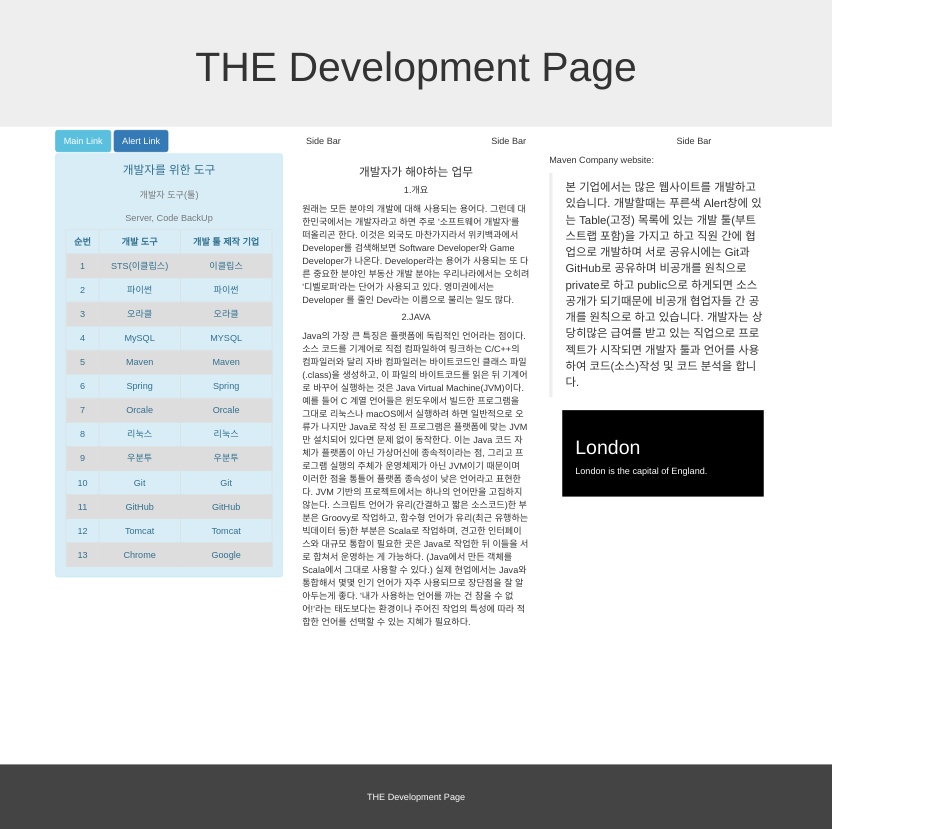
Repository: as2019a/spring
Page: http://localhost/ch19_project_mavenwebsite/WEB-INF/views/development.jsp
These files come from the project's save history. The page is drawn as it stood at one moment and after the next save; the edit follows.
The browser window is 1280 px wide. The page is 1280 px wide, then 1445 px, so the pictures cover 1445 px, including what lies to the right of the window. The pictures show the whole page, at 65% of full size.
Some web libraries are served in a nearby version. The page is served by Tomcat 9. Nobody is signed in. The template is opened directly, without the code that normally fills it, so the values that code supplies are empty.

Above is the page before, as saved 2019-01-30 08:32:51.

After the next save:
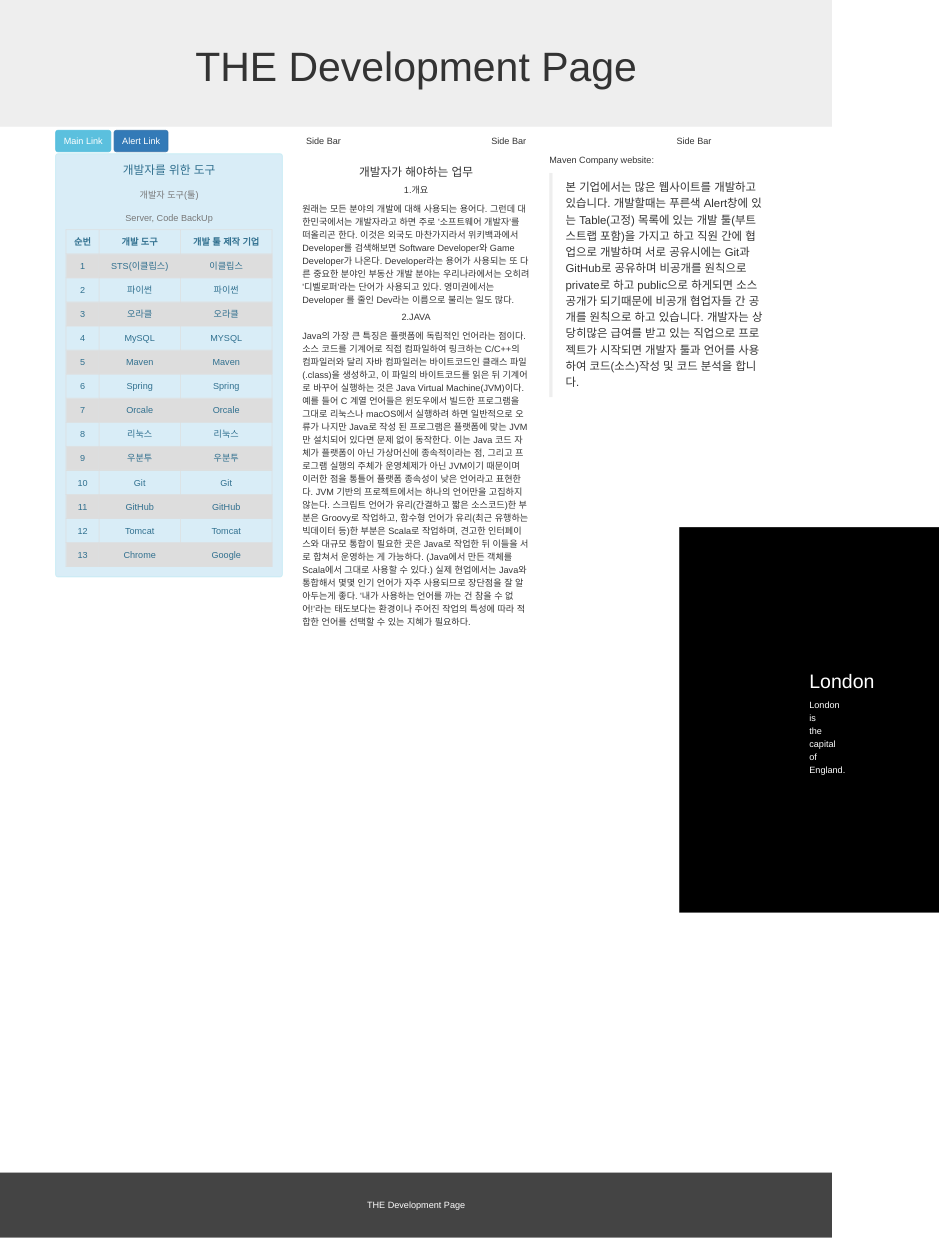
Saved 8 s later.
--- a/ch19_project_mavenwebsite/src/main/webapp/WEB-INF/views/development.jsp
+++ b/ch19_project_mavenwebsite/src/main/webapp/WEB-INF/views/development.jsp
@@ -51,8 +51,8 @@
 	.cmd {
 	  background-color: black;
 	  color: white;
-	  margin: 20px;
-	  padding: 20px;
+	  margin: 200px;
+	  padding: 200px;
 	}
 
 	.footer{
